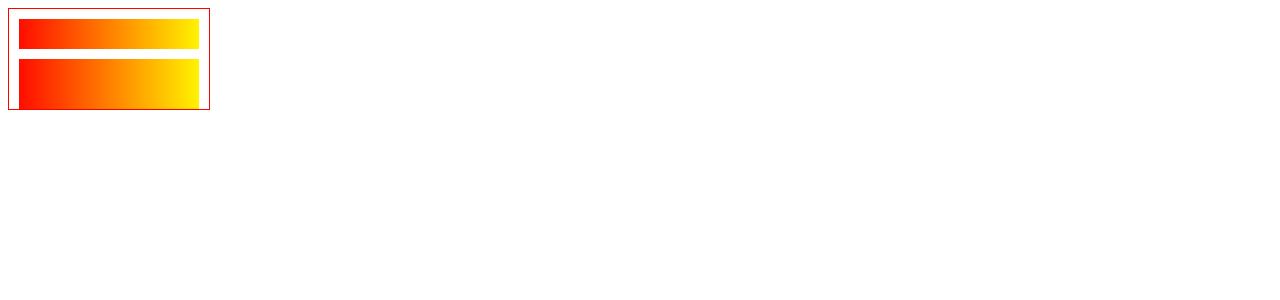
Repository: Tan-Khang21/TH_TKW--Buoi_05
Page: Bai_Tap_Mau/Bai_07/Canvas7.html
The author's editor kept a copy of each file at every save. The page is drawn from the files as they stood at one save, then again after the next save.
The browser window is 1280 px wide. The pictures show the whole page.

Above is the page before, as saved 2024-03-10 20:30:49.

After the next save:
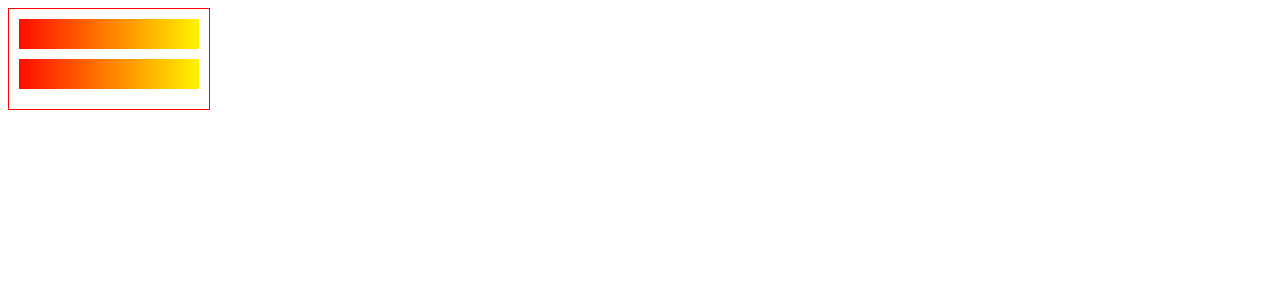
Saved 11 s later.
--- a/Bai_Tap_Mau/Bai_07/Canvas7.html
+++ b/Bai_Tap_Mau/Bai_07/Canvas7.html
@@ -20,7 +20,7 @@
       grd.addColorStop(1, "yellow");
       ctx.fillStyle = grd;
       ctx.fillRect(10, 10, 180, 30);
-      ctx.fillRect(10, 50, 180, 80);
+      ctx.fillRect(10, 50, 180, 30);
     </script>
   </body>
 </html>
